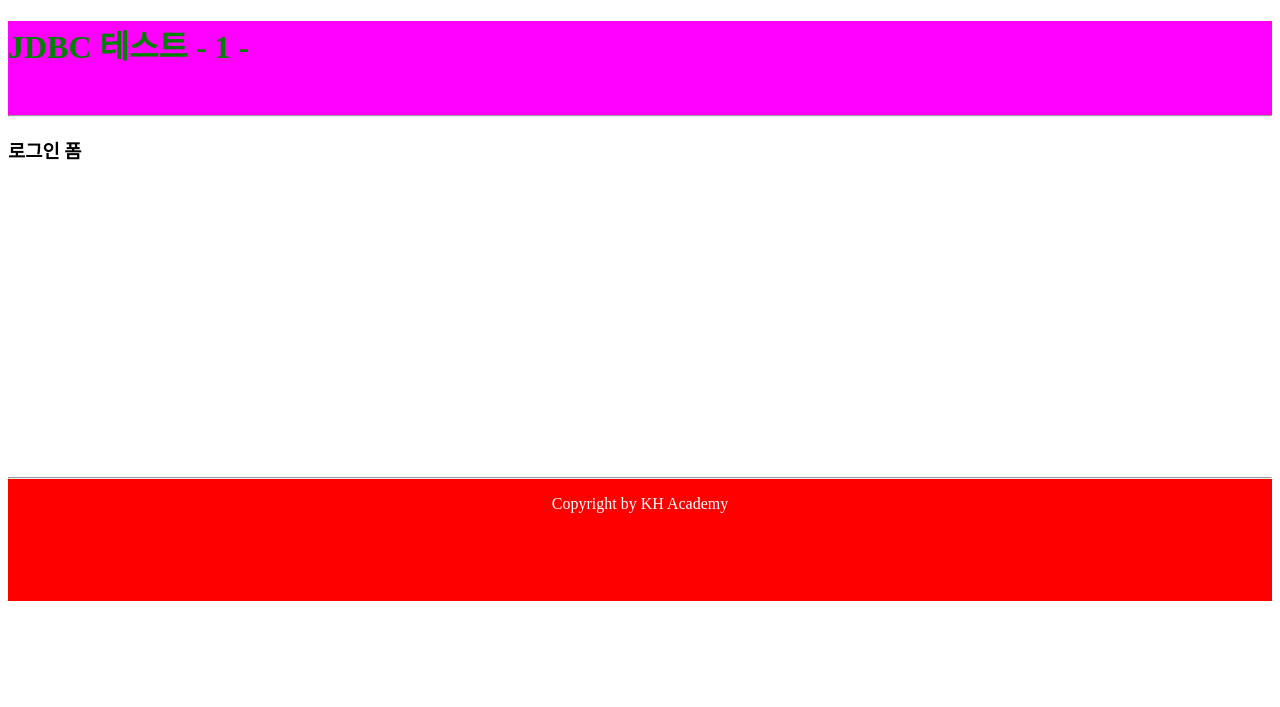
Repository: steeveelee2/WEB_Study
Page: http://localhost/JDBC1Project/views/loginForm.jsp
An editor plug-in stored every save of this project. The page is shown before and after the next save, followed by the edit.
The browser window is 1280 px wide. The pictures show the whole page.
The page is served by Tomcat 9.

Above is the page before, as saved 2018-10-16 04:45:03.

After the next save:
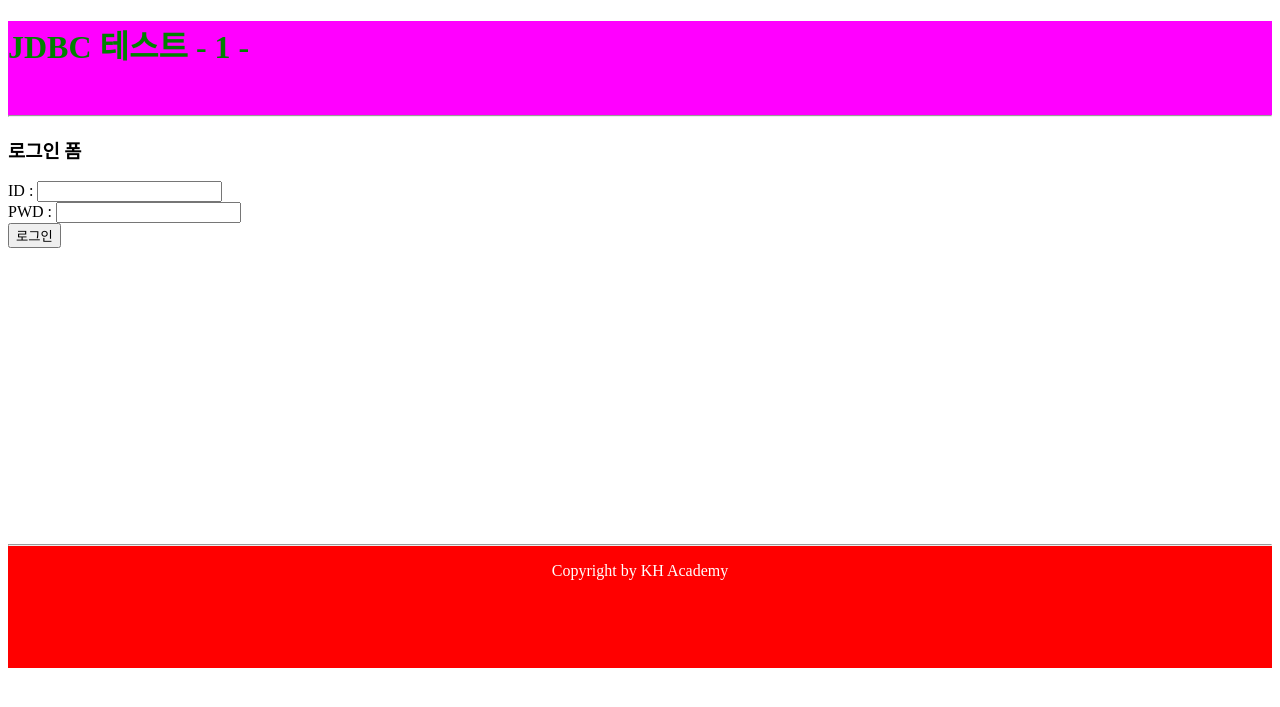
Saved 76 s later.
--- a/webWorkspace/JDBC1Project/web/views/loginForm.jsp
+++ b/webWorkspace/JDBC1Project/web/views/loginForm.jsp
@@ -12,7 +12,9 @@
 	<h3>로그인 폼</h3>
 
 	<form action="/jdbc1/login.do" method="post">
-
+		ID : <input type="text" name="userId"/><br>
+		PWD : <input type="password" name="userPwd"/><br>
+		<input type="submit" value="로그인"/>
 	</form>
 
 	<%@ include file="common/footer.jsp" %>
